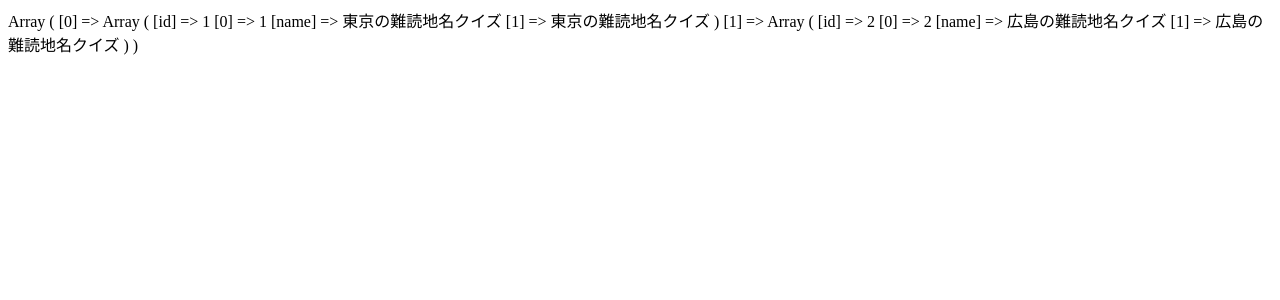
Repository: posse-ap/gen2.0-akira1515
Page: http://localhost/www/html/db_connect.php
The author's editor kept a copy of each file at every save. The page is drawn from the files as they stood at one save, then again after the next save.
The browser window is 1280 px wide. The pictures show the whole page.
The page is run by PHP 8.4 with error messages shown; the project is at /var/www/html/. The database holds what the project's SQL file puts in it.

Above is the page before, as saved 2021-12-21 21:31:44.

After the next save:
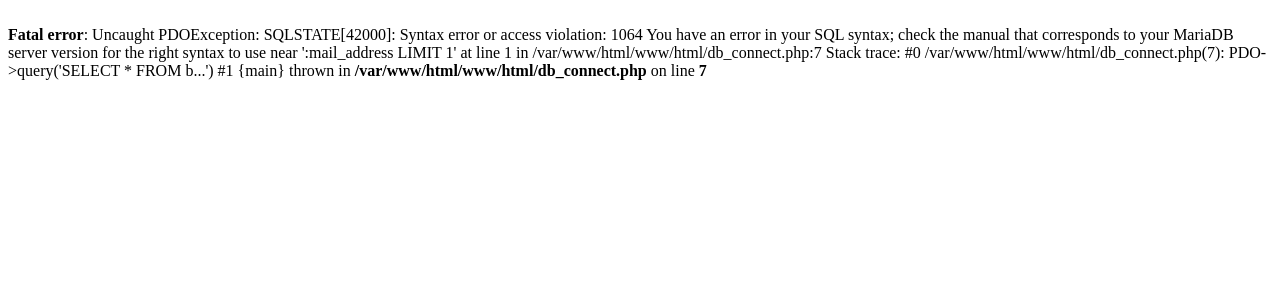
Saved 15 s later.
--- a/www/html/db_connect.php
+++ b/www/html/db_connect.php
@@ -4,7 +4,7 @@ $pdo = new PDO('mysql:dbname=quizy; host=db;' , 'root', 'secret');
 $pdo->query('SET NAMES utf8;');
 
 // 2.実行したいSQL文をセットする。
-$stmt = $pdo->query('SELECT * FROM big_questions' );
+$stmt = $pdo->query('SELECT * FROM big_questions WHERE mail_address = :mail_address LIMIT 1' );
 
 // 3.SQLに対してパラメーターをセットする。【任意】(可変する部分の受け皿)
 // $stmt->bindValue(':mail_address', $mail_address, PDO::PARAM_STR);
